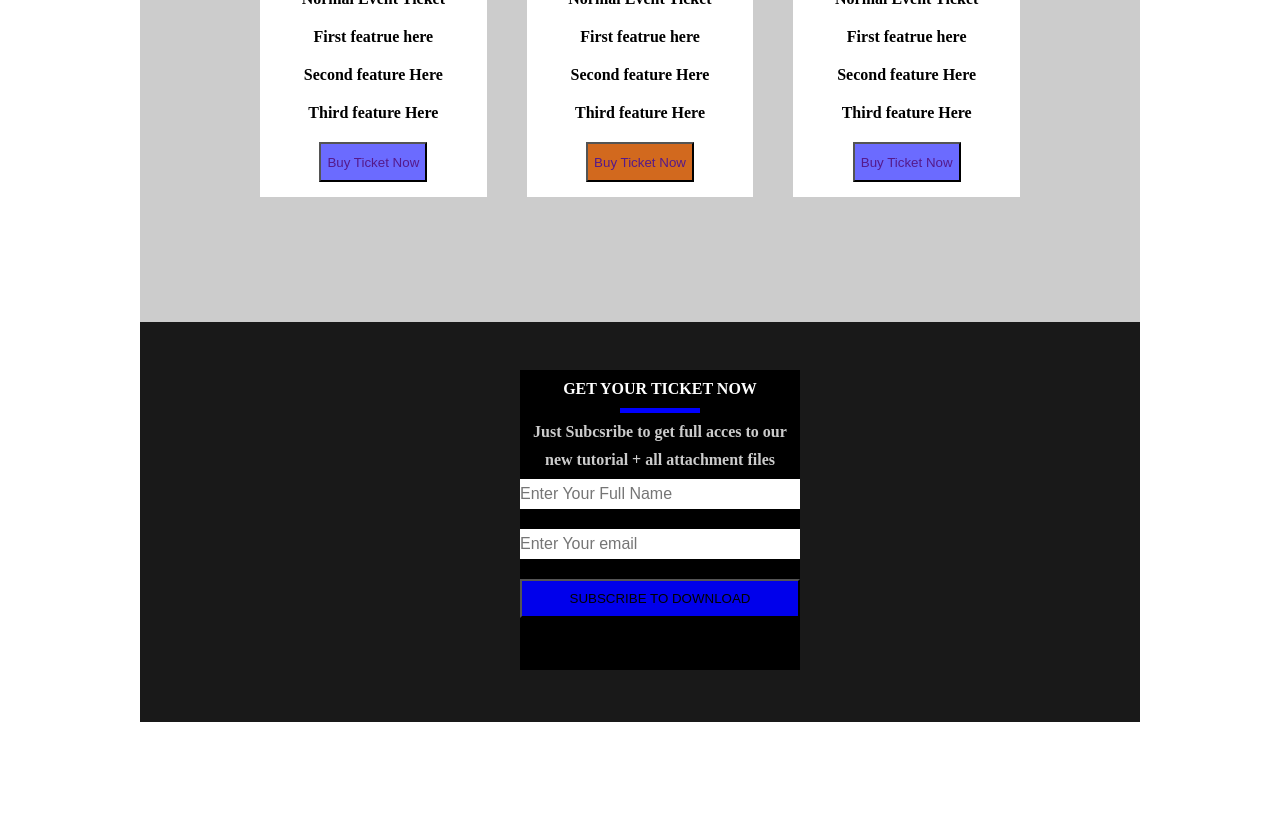
Repository: duyancol/project-ltw-nhom13
Page: page b/index.html
The author's editor kept a copy of each file at every save. The page is drawn from the files as they stood at one save, then again after the next save.
The browser window is 1280 px wide. The pictures show the part of the page from y = 1038 to 1860 px (the page is 1860 px tall).
A picture or video elsewhere on the page could not be fetched, so the positions and the page height are approximate. Some web fonts or font styles are not loaded; a fallback is used.

Above is the page before, as saved 2021-10-18 11:53:27.

After the next save:
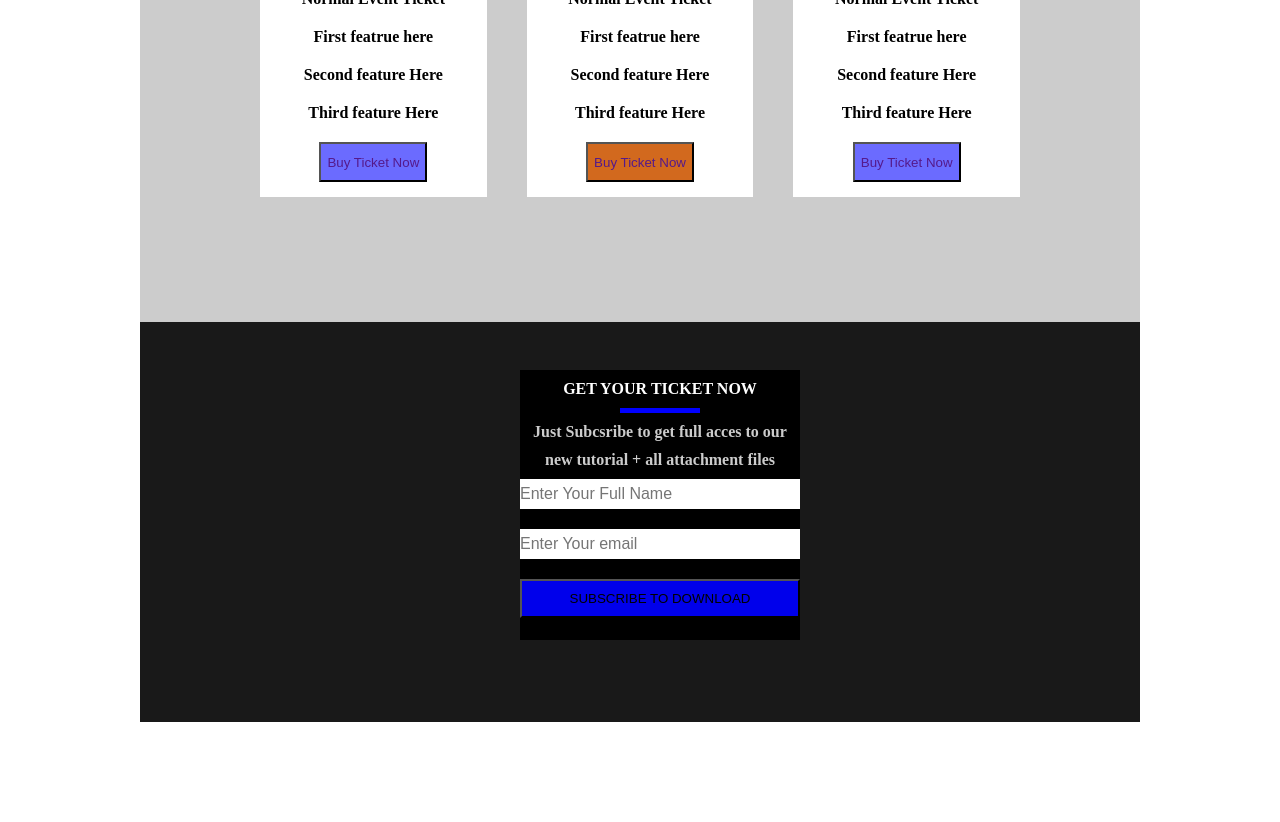
Saved 116 s later.
--- a/page b/style.css
+++ b/page b/style.css
@@ -157,7 +157,7 @@
     position: absolute;
     width: 35%;
     background-color: black;
-    height: 300px;
+    height: 270px;
     text-align: center;
     top: 48px;
     left: 35%;
